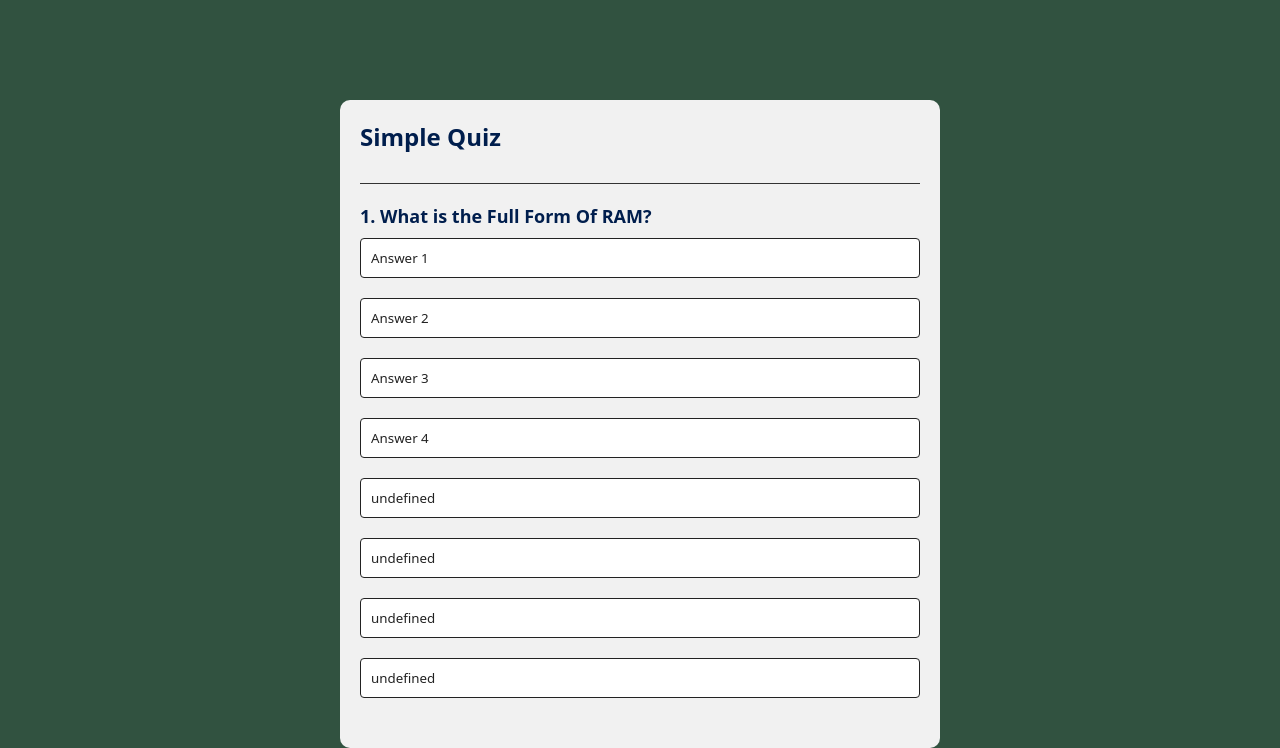
Repository: VickyJacob23/Quiz-App
Page: index.html
The author's editor kept a copy of each file at every save. The page is drawn from the files as they stood at one save, then again after the next save.
The browser window is 1280 px wide. The pictures show the whole page.

Above is the page before, as saved 2024-08-05 16:51:16.

### index.html
<!DOCTYPE html>
<html lang="en">
<head>
    <meta charset="UTF-8">
    <meta name="viewport" content="width=device-width, initial-scale=1.0">
    <title>Quiz App</title>
    <link rel="stylesheet" href="styles.css">
</head>
<body>
    <div class="app">
        <h1>Simple Quiz</h1>
        <div class="quiz">
            <h2 id="question">Questions goes here</h2>
            <div id="answer-buttons">
                <button class="btn">Answer 1</button>
                <button class="btn">Answer 2</button>
                <button class="btn">Answer 3</button>
                <button class="btn">Answer 4</button>
            </div>
            <button id="next-btn">Next</button>
        </div>
    </div>

    <script src="script.js"></script>
</body>
</html>

### styles.css
*{
    margin: 0;
    padding: 0;
    box-sizing: border-box;
    font-family: system-ui, -apple-system, BlinkMacSystemFont, 'Segoe UI', Roboto, Oxygen, Ubuntu, Cantarell, 'Open Sans', 'Helvetica Neue', sans-serif;
}

body{
    background-color: #315240;

}
.app{
    width:90%;
    max-width: 600px;
    background-color:#f1f1f1;
    padding: 20px;
    border-radius: 10px;
    margin: 100px auto 0;
}
.app h1{
    font-size: 24px;
    font-weight: 600;
    color: #001e4d;
    border-bottom: 1px solid #333;
    padding-bottom: 30px;
}
.quiz{
    padding: 20px 0;
}
.quiz h2{
    font-size: 18px;
    font-weight: 600;
    color: #001e4d;
}
.btn{
    background-color:#fff;
    color:#222;
    font-weight: 500;
    width: 100%;
    border: 1px solid #222;
    padding: 10px;
    margin: 10px 0;
    text-align: left;
    cursor: pointer;
    border-radius:4px;
    transition: all 0.3s;
}
.btn:hover{
    background-color:#222;
    color:#fff;
}
#next-btn{
    background-color:#001e4d;
    color:#fff;
    cursor: pointer;
    width: 20%;
    font-weight: 500;
    padding: .55em;
    margin: 1.2em auto 0;
    border-radius:4px;
    border:0;
    display: none;
}

### script.js
// 'use strict';

//the questions section
let questions = [
    {
        question: "What is the Full Form Of RAM?",
        answers: [
            { options: "Run Accept Memory", correct: false },
            { options: "Random All Memory", correct: false },
            { options: "Random Access Memory", correct: true },
            { options: "None of these", correct: false }
        ]
    },

    {
        question: "What is the Full-Form of CPU?",
        answers: [
            { options: "Central Program Unit", correct: false },
            { options: "Central Processing Unit", correct: true },
            { options: "Central Preload Unit", correct: false },
            { options: "None of these", correct: false }
        ]
    },

    {
        question: "How many bits is a byte?",
        answers: [
            { options: "32", correct: false },
            { options: "16", correct: false },
            { options: "8", correct: true },
            { options: "64", correct: false }
        ]
    },

    {
        question: "What is FMD?",
        answers: [
            { options: "Fluorescent Multi-Layer Disc", correct: true },
            { options: "Flash Media Driver", correct: false },
            { options: "Fast-Ethernet Measuring Device", correct: false },
            { options: "None of these", correct: false }
        ]
    },

    {
        question: "Main circuit board in a computer is:",
        answers: [
            { options: "Hard-disk", correct: false },
            { options: "Mother board", correct: true },
            { options: "Microprocessor", correct: false },
            { options: "None of these", correct: false }
        ]
    },

    {
    question: "What is the name of Front-end Instructor at KodeCamp Cohort 4.0?:",
        answers: [
            { options: "", correct: false },
            { options: "", correct: false },
            { options: "", correct: false },
            { options: "", correct:true }
        ]
    }
];

//invoking the id from the html element
const questionEl = document.getElementById("question");
const answerButtonsEl = document.getElementById("answer-buttons");
const nextButtonEl = document.getElementById("next-btn");


//setting the score and the question to zero by default
let currentQuestionIndex = 0;
let score = 0;


//create a function that will be called startQuiz
function startQuiz() {
    currentQuestionIndex = 0;
    score = 0;
    nextButtonEl.innerHTML = "Next";
    showQuestion();

}

//function that will be called to displays the questions
function showQuestion() {
    // resetState();
    let currentQuestion = questions[currentQuestionIndex];
    let questionNo = currentQuestionIndex + 1;
    questionEl.innerHTML = questionNo + ". " + currentQuestion.question;


    currentQuestion.answers.forEach(answer => {
        const button = document.createElement("button");
        button.innerHTML = answer.text;
        button.classList.add("btn");
        answerButtonsEl.appendChild(button);
    });
}

startQuiz();

// function to hid the previous state
// function resetState() {
//     nextButton.styles.display = "none";
//     while (answerButtons.firstChild) {
//         answerButtons.removeChild(answerButtons.firstChild);
//     };
// }
// startQuiz();

After the next save:
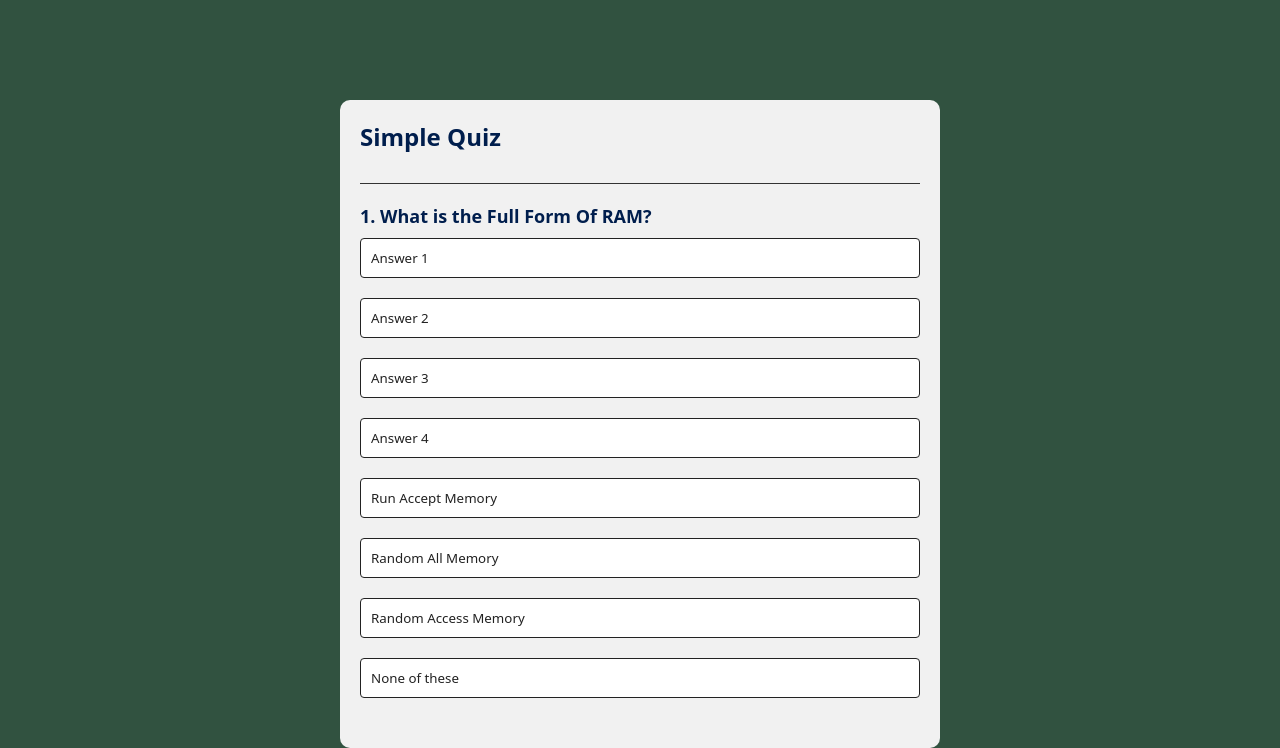
Saved 112 s later.
--- a/script.js
+++ b/script.js
@@ -93,7 +93,7 @@ function showQuestion() {
 
     currentQuestion.answers.forEach(answer => {
         const button = document.createElement("button");
-        button.innerHTML = answer.text;
+        button.innerHTML = answer.options;
         button.classList.add("btn");
         answerButtonsEl.appendChild(button);
     });
